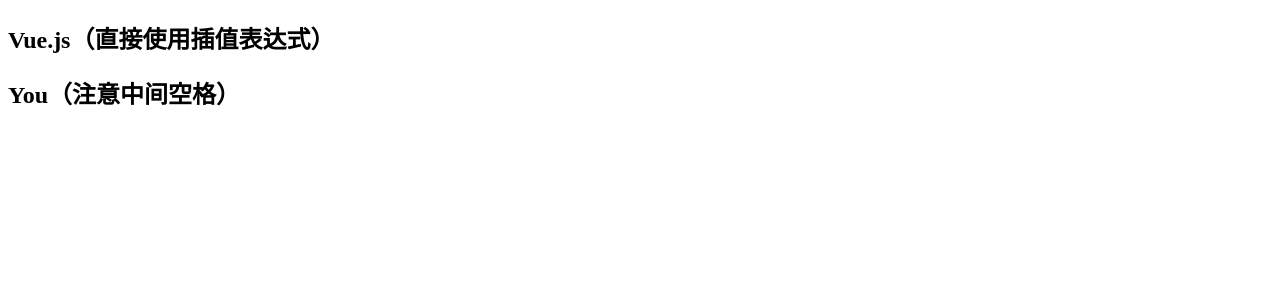
Repository: Gin1217/vueNotes
Page: firstVUE/HTML/quickstart.html
These files come from the project's save history. The page is drawn as it stood at one moment and after the next save; the edit follows.
The browser window is 1280 px wide. The pictures show the whole page.

Above is the page before, as saved 2021-03-10 09:19:42.

### firstVUE/HTML/quickstart.html
<!DOCTYPE html>
<html lang="en">

<head>
    <meta charset="UTF-8">
    <meta http-equiv="X-UA-Compatible" content="IE=edge">
    <meta name="viewport" content="width=device-width, initial-scale=1.0">
    <title>quickstart快速起步</title>
</head>

<body>
    <div id="app">
        <h2>{{message}}（直接使用插值表达式）</h2>
        <h2>{{firstName}} {{lastName}}（注意中间空格）</h2>
        <!-- <h2>{{firstName + lastName}}（字符串拼接）</h2>
        <h2>{{lastName.length}}个字符(取得属性)</h2>
        <h2>{{age*2}}（算数表达式）</h2>
        <h2>{{age>40? '中年':'青年'}}（三目运算）</h2>
        <h2>{{firstName.split('a').reverse().join(',')}}(使用js函数)</h2> -->
    </div>

    <!-- 从本地引入vue.js -->
    <!-- <script src="../js/vue.js"></script> -->

    <!-- 从CDN引入vue.js -->
    <script src="http://cdn.jsdelivr.net/npm/vue/dist/vue.js"></script>

    <script>
        const app = new Vue({
            el: '#app',
            data:{
                message:'Vue.js',
                firsrName:'Evan',
                lastName:'You',
                age:41,
                info:'<a href="heep://cn/vue.js.org/">Vue.js文档</a>',
                data:new Date(),
            },


        //     methods: {
        //         funA(var1,var2){
        //         },
        //         funB:function(params){
        //         }
        //     },
        //     filters:{
        //     },
        //     // 计算属性
        //     computed:{
        //     }


        })

    </script>
</body>
</html>

After the next save:
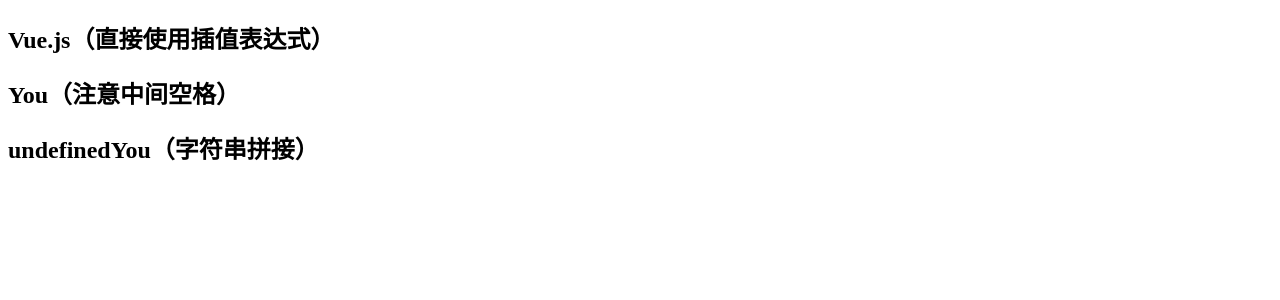
Saved 23 s later.
--- a/firstVUE/HTML/quickstart.html
+++ b/firstVUE/HTML/quickstart.html
@@ -12,8 +12,8 @@
     <div id="app">
         <h2>{{message}}（直接使用插值表达式）</h2>
         <h2>{{firstName}} {{lastName}}（注意中间空格）</h2>
-        <!-- <h2>{{firstName + lastName}}（字符串拼接）</h2>
-        <h2>{{lastName.length}}个字符(取得属性)</h2>
+        <h2>{{firstName + lastName}}（字符串拼接）</h2>
+        <!-- <h2>{{lastName.length}}个字符(取得属性)</h2>
         <h2>{{age*2}}（算数表达式）</h2>
         <h2>{{age>40? '中年':'青年'}}（三目运算）</h2>
         <h2>{{firstName.split('a').reverse().join(',')}}(使用js函数)</h2> -->
